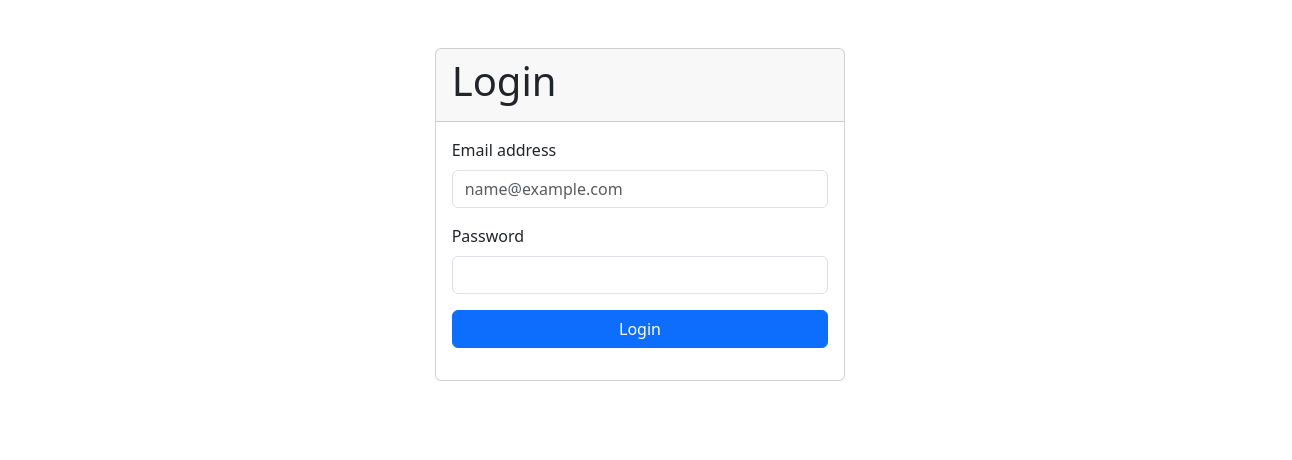
Repository: albushra2/GojordanForhamzeh
Page: http://localhost/tourist-login
An editor plug-in stored every save of this project. The page is shown before and after the next save, followed by the edit.
The browser window is 1280 px wide. The page is 1292 px wide, so the pictures cover 1292 px, including what lies to the right of the window. The pictures show the whole page.
The page is served by the project's Laravel application, run on PHP 8.4 with Laravel 10.

Above is the page before, as saved 2024-05-16 23:00:05.

After the next save:
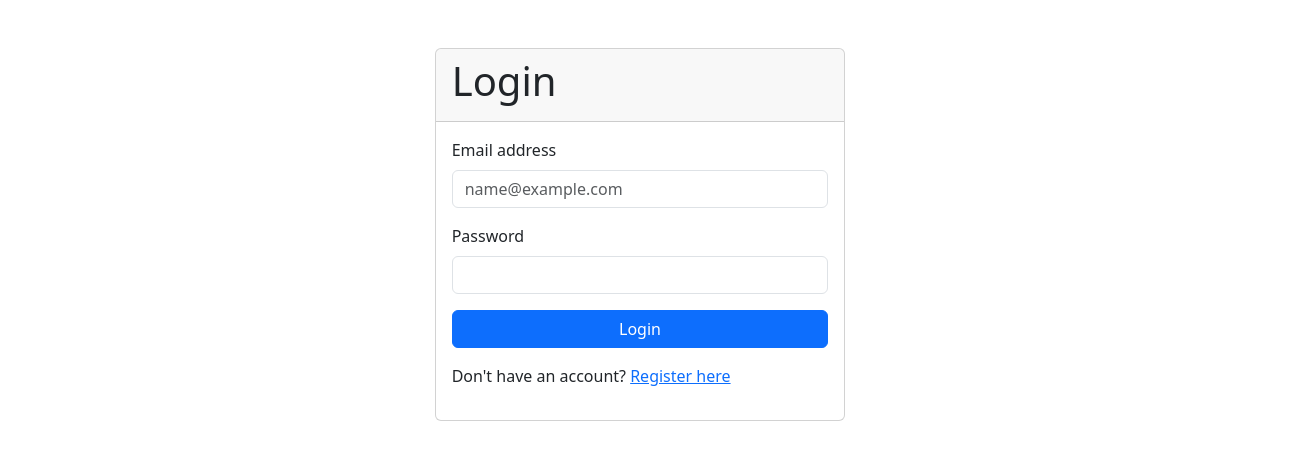
Saved 44 s later.
--- a/resources/views/tourist_user/login.blade.php
+++ b/resources/views/tourist_user/login.blade.php
@@ -9,36 +9,39 @@
 </head>
 <body>
 <div class="row justify-content-center mt-5">
-        <div class="col-lg-4">
-            <div class="card">
-                <div class="card-header">
-                    <h1 class="card-title">Login</h1>
-                </div>
-                <div class="card-body">
-                    @if(Session::has('error'))
-                        <div class="alert alert-danger" role="alert">
-                            {{ Session::get('error') }}
+    <div class="col-lg-4">
+        <div class="card">
+            <div class="card-header">
+                <h1 class="card-title">Login</h1>
+            </div>
+            <div class="card-body">
+                @if(Session::has('error'))
+                    <div class="alert alert-danger" role="alert">
+                        {{ Session::get('error') }}
+                    </div>
+                @endif
+                <form action="{{ route('touristlogin.post') }}" method="POST">
+                    @csrf
+                    <div class="mb-3">
+                        <label for="email" class="form-label">Email address</label>
+                        <input type="email" name="email" class="form-control" id="email" placeholder="name@example.com" required>
+                    </div>
+                    <div class="mb-3">
+                        <label for="password" class="form-label">Password</label>
+                        <input type="password" name="password" class="form-control" id="password" required>
+                    </div>
+                    <div class="mb-3">
+                        <div class="d-grid">
+                            <button class="btn btn-primary">Login</button>
                         </div>
-                    @endif
-                    <form action="{{ route('login') }}" method="POST">
-                        @csrf
-                        <div class="mb-3">
-                            <label for="email" class="form-label">Email address</label>
-                            <input type="email" name="email" class="form-control" id="email" placeholder="name@example.com" required>
-                        </div>
-                        <div class="mb-3">
-                            <label for="password" class="form-label">Password</label>
-                            <input type="password" name="password" class="form-control" id="password" required>
-                        </div>
-                        <div class="mb-3">
-                            <div class="d-grid">
-                                <button class="btn btn-primary">Login</button>
-                            </div>
-                        </div>
-                    </form>
+                    </div>
+                </form>
+                <div class="mt-3">
+                    <p>Don't have an account? <a href="{{ route('touristregister') }}">Register here</a></p>
                 </div>
             </div>
         </div>
     </div>
+</div>
 </body>
 </html>
